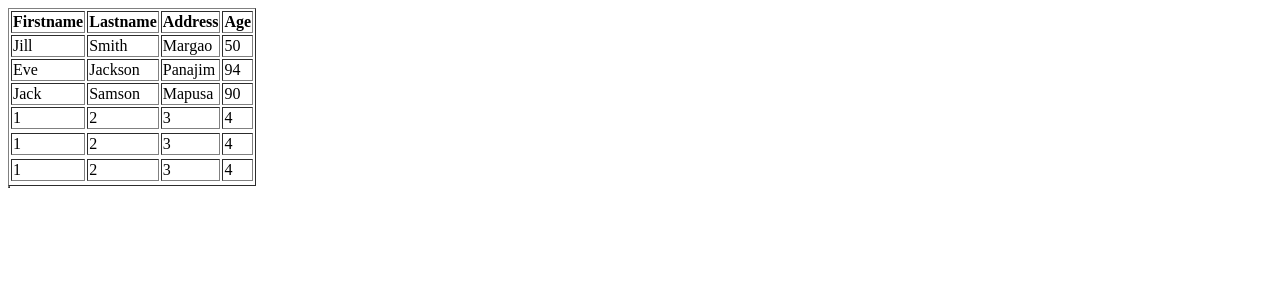
Repository: PoojaShirwaikar/BlockhainTest
Page: javascript/jQueryAssignment2/WebContent/ques8.html
These files come from the project's save history. The page is drawn as it stood at one moment and after the next save; the edit follows.
The browser window is 1280 px wide. The pictures show the whole page.
Some web libraries are served in a nearby version.

Above is the page before, as saved 2017-11-14 12:35:08.

### javascript/jQueryAssignment2/WebContent/ques8.html
<!DOCTYPE html>
<html>
<head>
<meta charset="ISO-8859-1">
<title>Insert title here</title>
<script src="https://code.jquery.com/jquery-3.2.1.js"></script>
<script>
	$(function() {

		$("body").append("<table border='1'></table>");
		for (var i = 1; i <= 3; i++) {
			$("table").append("<tr id=r"+i+">row" + i + "<tr>")
			for (var j = 1; j <= 4; j++) {
				$("#r" + i).append("<td>" + j + "</td>")
			}
		}

		$("td").mouseover(function() {
			var n = $(this).index() + 1;
			$("td:nth-child(" + n + ")").css('backgroundColor', 'grey');

		});
		$("td").mouseout(function() {
			var n = $(this).index() + 1;
			$("td:nth-child(" + n + ")").css('backgroundColor', 'white');

		});

	});
</script>
</head>
<body>
	<table id="table1" border=1>
		<tr>
			<th>Firstname</th>
			<th>Lastname</th>
			<th>Address</th>
			<th>Age</th>
		</tr>
		<tr>
			<td>Jill</td>
			<td>Smith</td>
			<td>Margao</td>
			<td>50</td>
		</tr>
		<tr>
			<td>Eve</td>
			<td>Jackson</td>
			<td>Panajim</td>
			<td>94</td>
		</tr>
		<tr>
			<td>Jack</td>
			<td>Samson</td>
			<td>Mapusa</td>
			<td>90</td>
		</tr>

	</table>
</body>
</html>

After the next save:
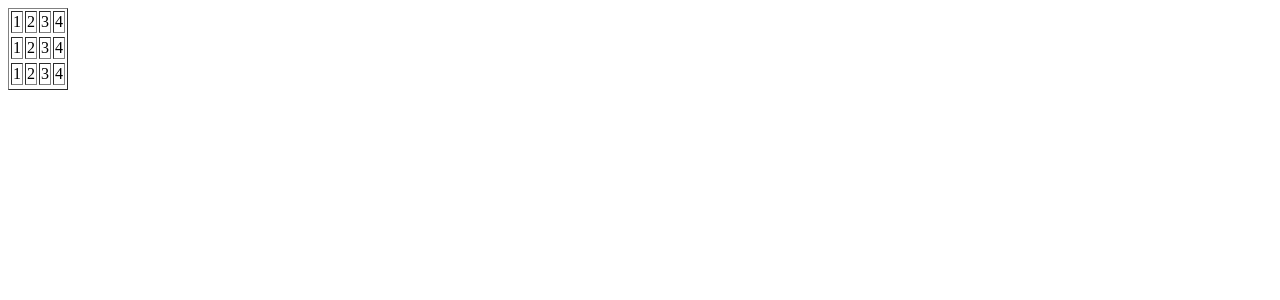
Saved 14 s later.
--- a/javascript/jQueryAssignment2/WebContent/ques8.html
+++ b/javascript/jQueryAssignment2/WebContent/ques8.html
@@ -30,7 +30,7 @@
 </script>
 </head>
 <body>
-	<table id="table1" border=1>
+	<!-- <table id="table1" border=1>
 		<tr>
 			<th>Firstname</th>
 			<th>Lastname</th>
@@ -56,6 +56,6 @@
 			<td>90</td>
 		</tr>
 
-	</table>
+	</table> -->
 </body>
 </html>
